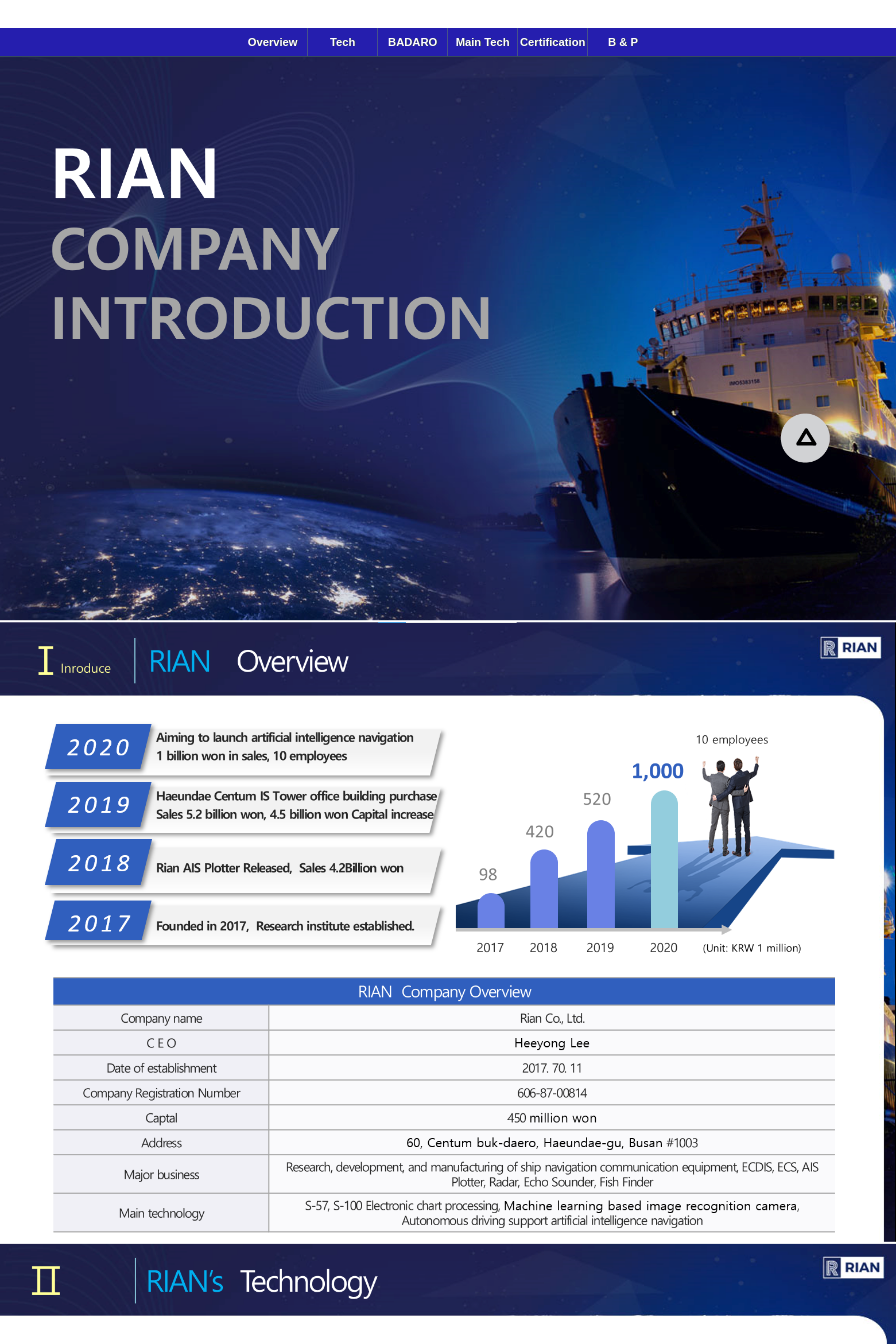
Repository: injeong-in/CompanyWeb
Page: http://localhost/RianWebSite/Rian.jsp
The author's editor kept a copy of each file at every save. The page is drawn from the files as they stood at one save, then again after the next save.
The browser window is 1280 px wide. The pictures show the part of the page from y = 0 to 1920 px (the page is 11560 px tall before and 11540 px after), at 70% of full size.
The page is served by Tomcat 9. Nobody is signed in. The application's start-up code is not run.

Above is the page before, as saved 2020-12-01 07:43:34.

### RianWebSite/WebContent/Rian.jsp
<%@ page language="java" contentType="text/html; charset=UTF-8"
    pageEncoding="UTF-8"%>
<!DOCTYPE html>
<html>

<head>
    <meta charset="UTF-8">
    <meta name="viewport" content="width=device-width, initial-scale=1.0">
    <title>Rian company</title>

    <!--스타일시트 등록-->
    <link rel="stylesheet" href="./css/style.css">

    <!--제이쿼리 등록-->
    <script src="../js/jquery-2.1.3.min.js">
    </script>
    <script src="../js/jquery.vide.min.js">
    </script>
    <script src="../js/jquery.scrollTo.min.js">
    </script>

    <!--제이쿼리 작성-->
    <script>

    $(document).ready(function(){
        $('nav a').click(function(e){
            $.scrollTo(this.hash||0, 280);
            e.preventDefault();
        });
        $('#btn_gotop').click(function(e){
            $.scrollTo(this.hash||0, 280);
            e.preventDefault();
        });
    });

    $(function () {
            var trigger = $('#trigger');
            var menu = $('nav ul');
            $(trigger).on('click', function(e) {
                e.preventDefault();
                menu.slideToggle();
            });
            $(window).resize(function () {
                var w = $(window).width();
                if(w>320 && menu.is(':hidden')) {
                    menu.removeAttr('style');
                }
            });
        });
    </script>
    <!--제이쿼리 작성 끝-->

</head>


<body>

	<div id="container">

	    <!-- 네비게이션 -->
	    <nav class="clearfix">
	        <ul class="clearfix">
	            <li onclick="location.href='../ViewPage/main.jsp'"><a href="">Overview</a></li>
	            <li onclick="location.href='../Movie/login.jsp'"><a href="">Tech</a></li>
	            <li onclick="location.href='../Movie/memberJoin.jsp'"><a href="">BADARO</a></li>
	            <li><a href="#1">Main Tech</a></li>
	            <li><a href="#2">Certification</a></li>
	            <li><a href="#3">B & P</a></li>
	        </ul>
	        <a href="" id="trigger"></a>
	    <!-- 네비게이션 끝 -->
	    </nav>

	 <div style="margin-top: 40px; ">
		<!--본문-->
	    <%for(int i=1; i<14; i++) { %>
	    <div id="container" class="page<%=i%>">
	    <img src="./images/<%=i%>.png" style="width: 100%;">
	    </div>
	    <% } %>
	    <!--본문 끝-->
     </div>

    	<!--최상단 이동-->
	    <a href="#5" id="btn_gotop" class="btn_gotop">
	    	<img src="../images/topbutton.png" style="width:80px; display: block; margin: 240px; ">
		  	<span class="glyphicon glyphicon-chevron-up">
		  	</span>
		</a>
		<!--이동 끝-->
	</div>
</body>
</html>

### RianWebSite/WebContent/css/style.css
/* CSS리셋 */

html, body, div, span, applet, object, iframe,
h1, h2, h3, h4, h5, h6, p, blockquote, pre,
a, abbr, acronym, address, big, cite, code,
del, dfn, em, img, ins, kbd, q, s, samp,
small, strike, strong, sub, sup, tt, var,
b, u, i, center,
dl, dt, dd, ol, ul, li,
fieldset, form, label, legend,
table, caption, tbody, tfoot, thead, tr, th, td,
article, aside, canvas, details, embed,
figure, figcaption, footer, header, hgroup,
menu, nav, output, ruby, section, summary,
time, mark, audio, video {
  margin: 0;
  padding: 0;
  border: 0;
  font-size: 100%;
  font: inherit;
  vertical-align: baseline;
}
/* HTML5 display-role reset for older browsers */
article, aside, details, figcaption, figure,
footer, header, hgroup, menu, nav, section {
  display: block;
}
body {
  line-height: 1;
}
ol, ul {
  list-style: none;
}
blockquote, q {
  quotes: none;
}
blockquote:before, blockquote:after,
q:before, q:after {
  content: '';
  content: none;
}

table {
  border-collapse: collapse;
  border-spacing: 0;
}


.container div a {
    margin-left: 20px;
}

nav {
    height: 40px;
    width: 100%;
    background: rgb(37, 30, 174);
    font-size: 1em;
    font-family: Arial, sans-serif;
    font-weight: bold;
    position: fixed;
    border-bottom: 2px solid #34495e;
}

nav ul {
    padding: 0;
    margin:0 auto;
    width: 600px;
    height: 40px;
}

nav li {
    display: inline;
    float: left;

}

.clearfix:before,
.clearfix:after {
    content: " ";
    display: table;
}

.clearfix:after {
    clear: both;
}

.clearfix {
    zoom: 1;
}


nav a {
    color: #fff;
    display: inline-block;
    width: 100px;
    text-align: center;
    text-decoration: none;
    line-height: 40px;
    text-shadow: 1px 1px 0px #283744;

}

nav li a {
    border-right: 1px solid #576979;
    box-sizing: border-box;
    -moz-box-sizing: border-box;
    -webkit-box-sizing: border-box;
}

nav li:last-child a {
    border-right: 0;
}

nav a:hover, nav a:active {
    background-color: rgb(128, 128, 128);
}

nav a#trigger {
    display: none;
}

@media screen and (max-width:600px) {
    nav {
        height: auto;

    }

    nav ul {
        width: 100%;
        display: block;
        height: auto;

    }

    nav li {
        width: 50%;
        float: left;
        position: relative;
    }

    nav li a {
        border-bottom: 1px solid #576979;
        border-right: 1px solid #576979;
    }

    nav a {
        text-align: left;
        width: 100%;
        text-indent: 25px;
    }
}

@media screen and (max-width:320px) {
    nav {
        border-bottom: 0;
    }

    nav ul {
        display: none;
        height: auto;
    }

    nav li {
        display: block;
        float: none;
        width: 100%;
    }

    nav li a {
        border-bottom: 1px solid #576979;
    }


    nav a#trigger {
        display: block;
        background-color: #283744;
        width: 100%;
        position: relative;
    }

    nav a#trigger:after {
        content:"";
        background: url('nav.png') no-repeat;
        width: 30px;
        height: 30px;
        display: inline-block;
        position: absolute;
        right: 15px;
        top: 10px;
    }


}
    section {
        position:relative;
        width:100%;
        margin: 0 auto;
        padding: 20px;
        height: 400px;
    }


    .btn_gotop {
	  position: fixed;
	  right: 2%;
	  bottom: 2%;
	  width: 30%;
	  height: 50%;
	  line-height: 40px;
	  display: block;
	}

	.page1 {
		height: 100%;
		background-repeat: no-repeat;
	}
	/* .page3 {
		background-color: fuchsia;
	}
	.page4 {
		background-image: url("./images/footer.png");
		height: 40px;
	}
	.page5 {
		background-image: url("./images/footer2.png");
		background-color: white;
		height: 100px;
	} */

Loaded but not shown: RianWebSite/WebContent/js/jquery-2.1.3.min.js (library); RianWebSite/WebContent/js/jquery.vide.min.js (library); RianWebSite/WebContent/js/jquery.scrollTo.min.js (common file)

After the next save:
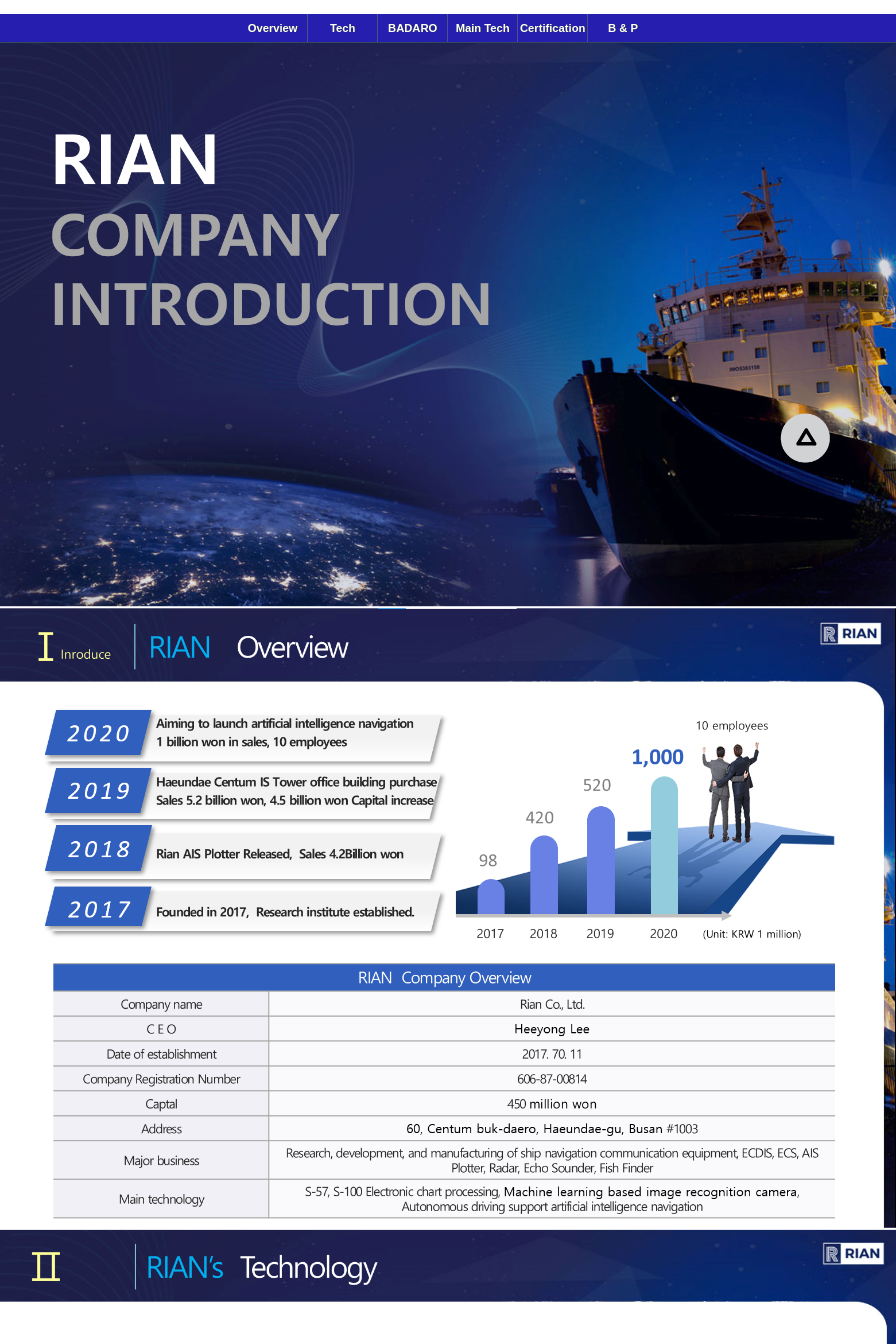
Saved 8 s later.
--- a/RianWebSite/WebContent/Rian.jsp
+++ b/RianWebSite/WebContent/Rian.jsp
@@ -71,7 +71,7 @@
 	    <!-- 네비게이션 끝 -->
 	    </nav>
 
-	 <div style="margin-top: 40px; ">
+	 <div style="margin-top: 20px; ">
 		<!--본문-->
 	    <%for(int i=1; i<14; i++) { %>
 	    <div id="container" class="page<%=i%>">
